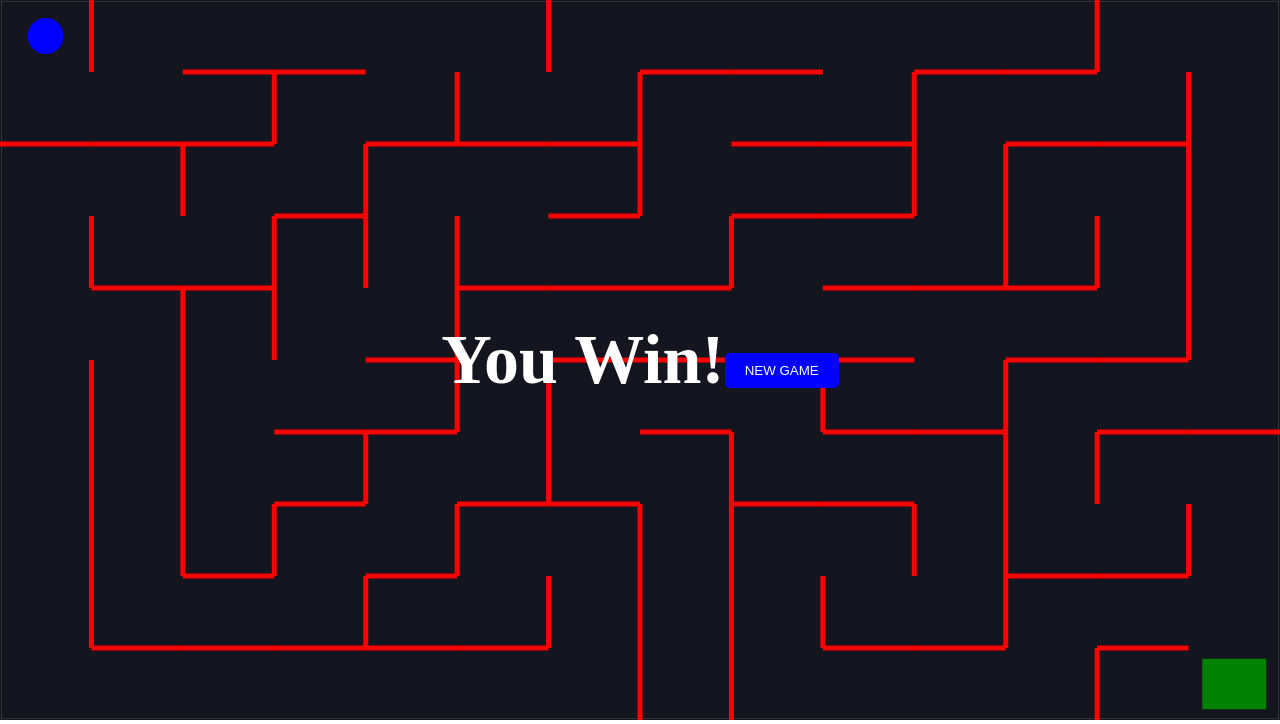
Repository: zhapar/JS-Bootcamp
Page: 3. Maze/index.html
These files come from the project's save history. The page is drawn as it stood at one moment and after the next save; the edit follows.
The browser window is 1280 px wide. The pictures show the whole page.
Some web libraries are served in a nearby version.

Above is the page before, as saved 2020-07-17 18:14:32.

After the next save:
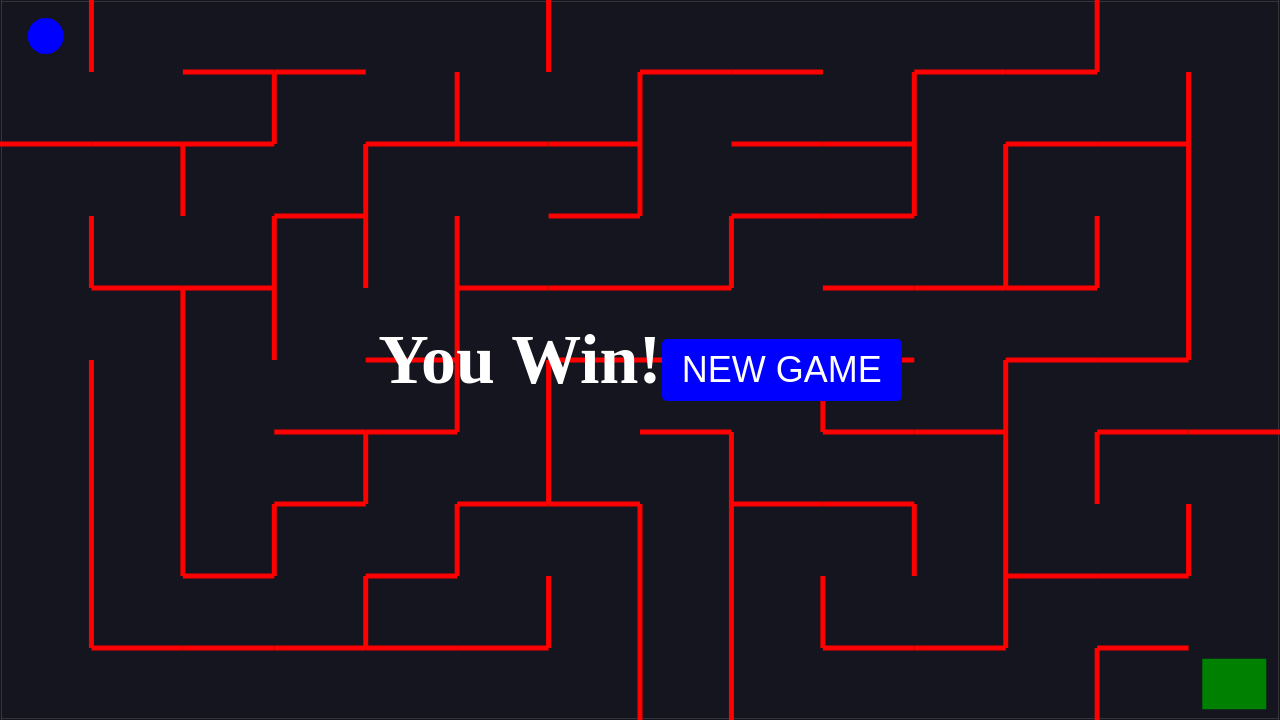
Saved 15 s later.
--- a/3. Maze/index.html
+++ b/3. Maze/index.html
@@ -44,6 +44,7 @@
         color: #fff;
         cursor: pointer;
         border-radius: 5px;
+        font-size: 36px;
       }
     </style>
   </head>
